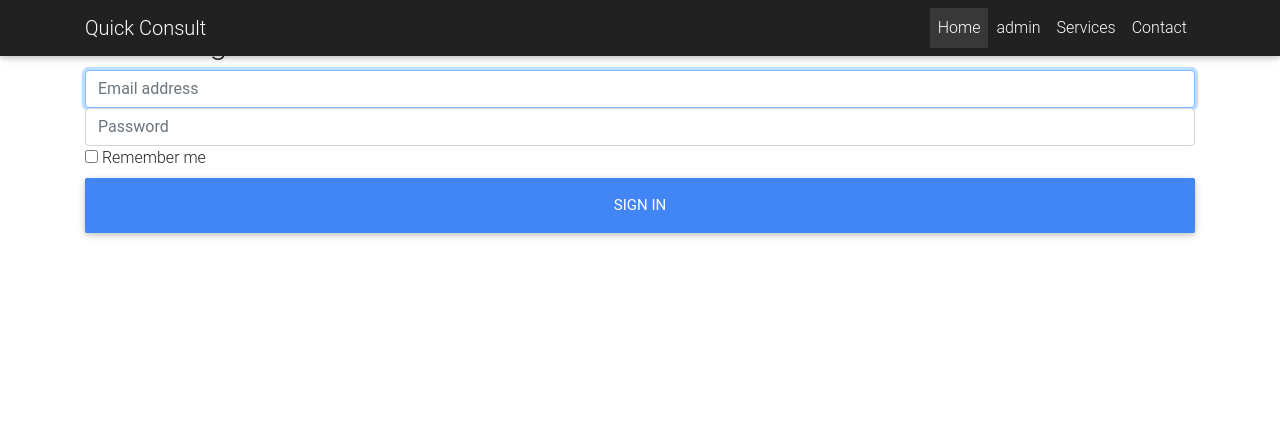
Repository: yogz-joshi/quick_consult
Page: work/v2/views/signin.ejs
The author's editor kept a record of every edit. The page is drawn from the files as they stood at one moment, then again after the next edit.
The browser window is 1280 px wide. The pictures show the whole page.
Some web libraries are served in a nearby version. The page is served by the project's Node server (work/v2/app.js). The template is opened directly, without the code that normally fills it, so the values that code supplies are empty.

Above is the page before.

After the next edit:
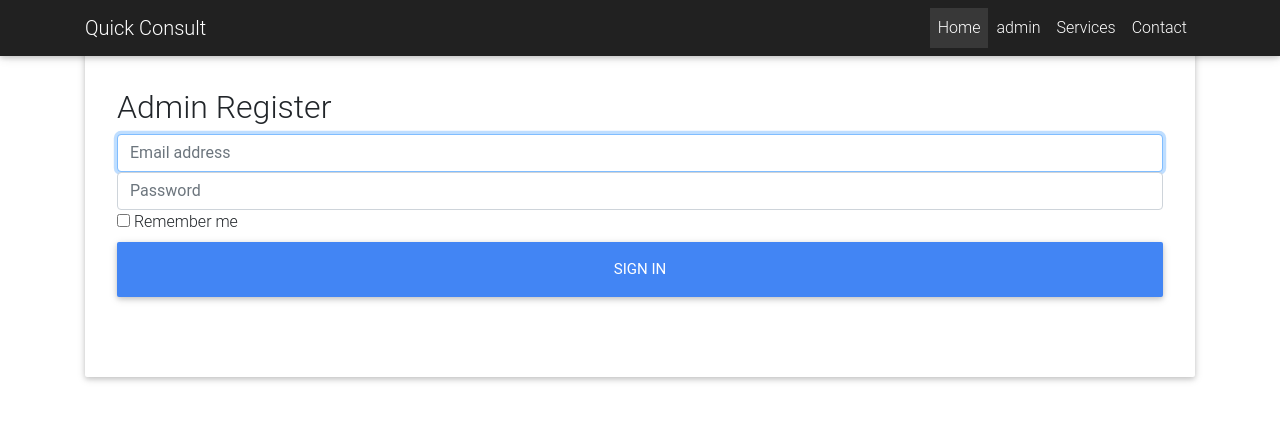
The edit:
--- a/work/v2/views/signin.ejs
+++ b/work/v2/views/signin.ejs
@@ -1,8 +1,8 @@
 <% include partials/header %>
 <div class="container">
-
-      <form class="form-signin">
-        <h2 class="form-signin-heading">Please sign in</h2>
+<div class="jumbotron">
+      <form class="form-signin" action="/register" method="POST">
+        <h2 class="form-signin-heading">Admin Register</h2>
         <label for="inputEmail" class="sr-only">Email address</label>
         <input type="email" id="inputEmail" class="form-control" name="username" placeholder="Email address" required autofocus>
         <label for="inputPassword" class="sr-only">Password</label>
